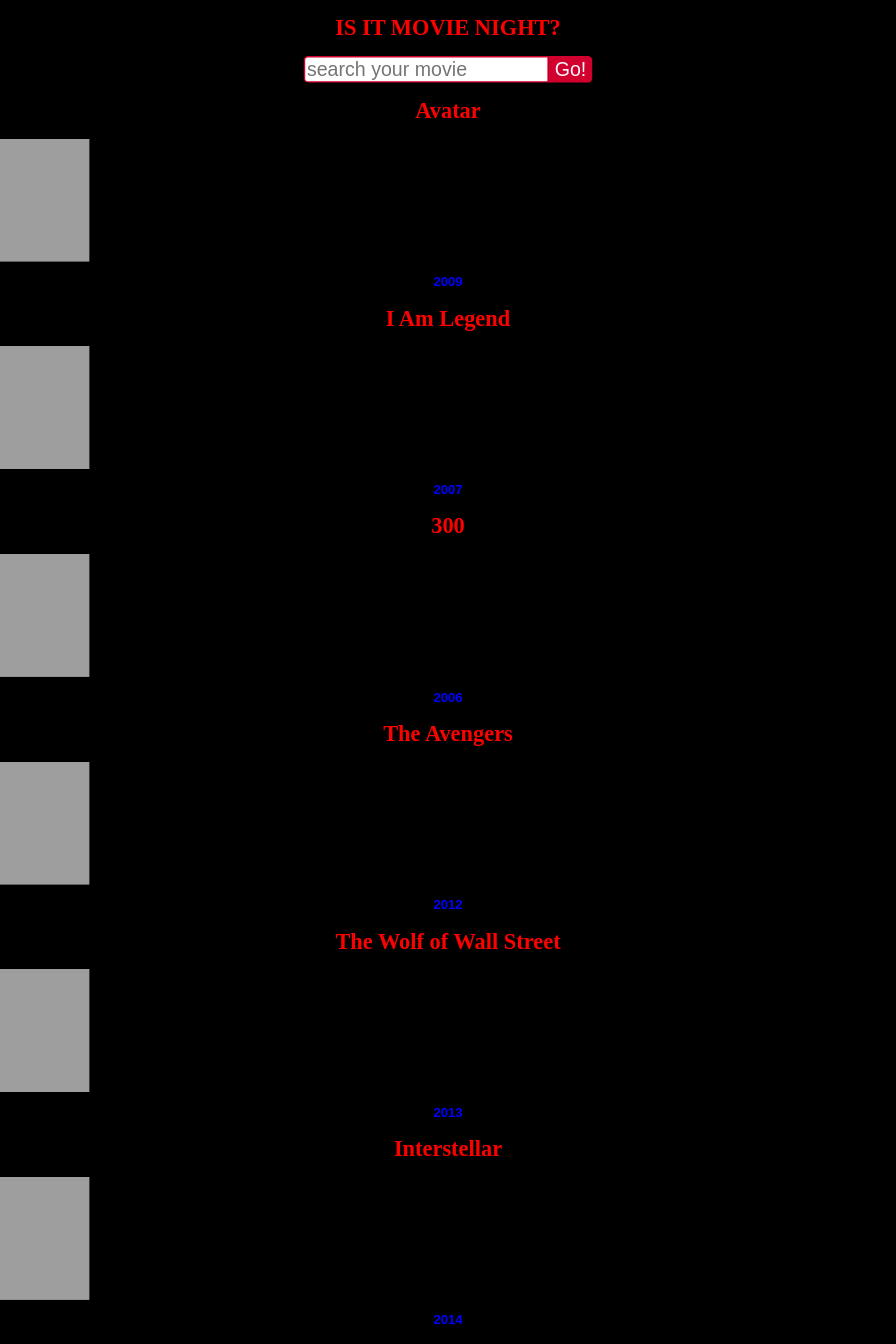
Repository: runner855/movies-app
Page: /
An editor plug-in stored every save of this project. The page is shown before and after the next save, followed by the edit.
The browser window is 1280 px wide. The pictures show the part of the page from y = 0 to 1920 px (the page is 2806 px tall before and 720 px after), at 70% of full size.
Pictures or frames that could not be fetched are drawn as grey boxes. The project was rebuilt for these pictures with package versions that can differ from the ones it lists, and the page was loaded fresh each time.

Above is the page before, as saved 2021-06-17 10:46:42.

After the next save:
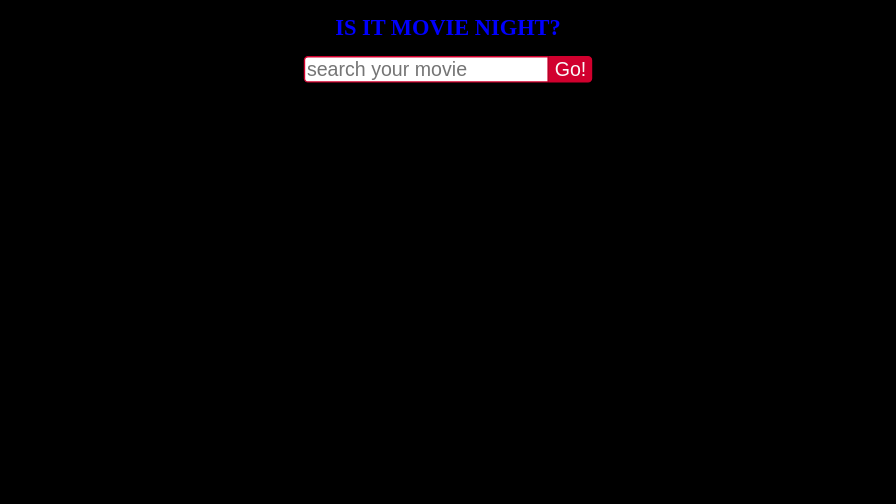
Saved 37 min 33 s later.
--- a/src/components/App.js
+++ b/src/components/App.js
@@ -1,6 +1,5 @@
 import React from "react";
 import "../styles/App.css";
-import Movies from "../components/Movies";
 import Header from "../components/header";
 import Search from "../components/Search";
 
@@ -9,7 +8,6 @@
     <div className="App">
       <Header />
       <Search />
-      <Movies />
     </div>
   );
 };
